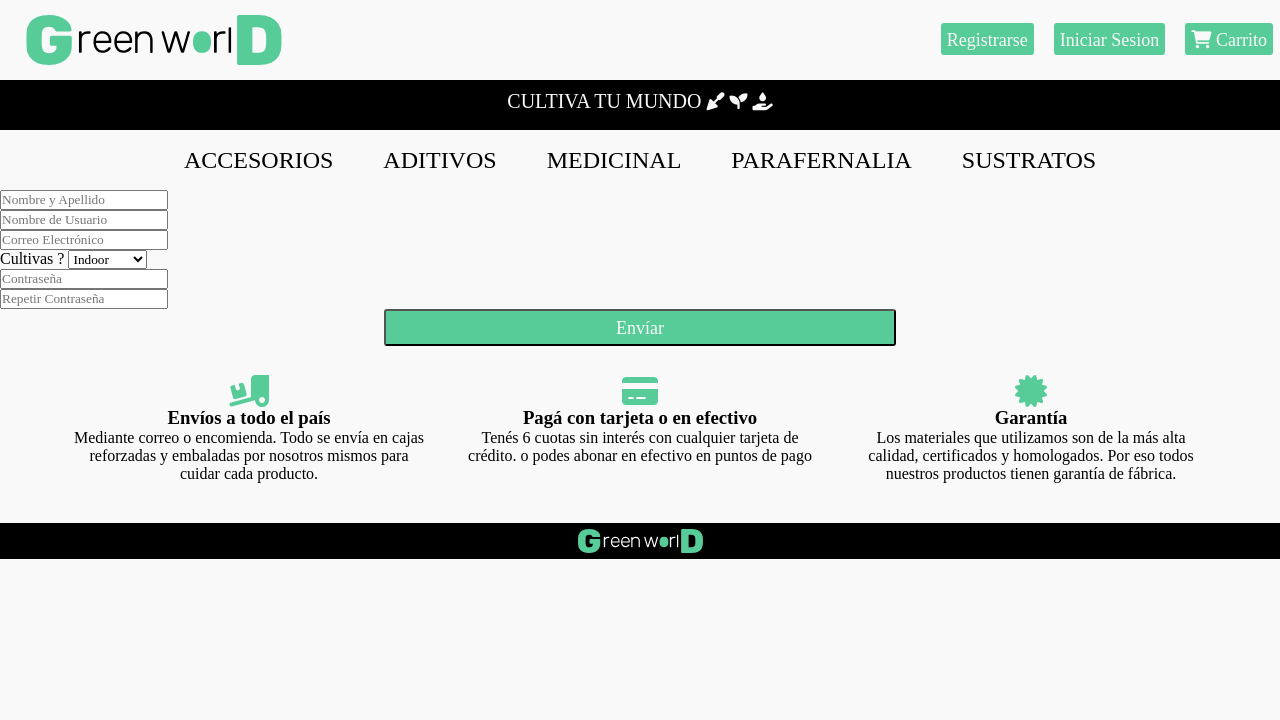
Repository: francoG98/grupo_9_Green_World
Page: source/views/register.html
These files come from the project's save history. The page is drawn as it stood at one moment and after the next save; the edit follows.
The browser window is 1280 px wide. The pictures show the whole page.
Some web fonts or font styles are not loaded; a fallback is used. Some web libraries are served in a nearby version.

Above is the page before, as saved 2022-06-24 20:07:24.

### source/views/register.html
<!DOCTYPE html>
<html lang="en">
<head>
    <meta charset="UTF-8">
    <meta http-equiv="X-UA-Compatible" content="IE=edge">
    <meta name="viewport" content="width=device-width, initial-scale=1.0">
    <title>Green World</title>

    <link rel="preconnect" href="https://fonts.googleapis.com">
<link rel="preconnect" href="https://fonts.gstatic.com" crossorigin>
<link href="https://fonts.googleapis.com/css2?family=Abel&family=Anek+Gujarati:wght@100;200;300;400;500;600;700;800&display=swap" rel="stylesheet">
<link rel="stylesheet" href="https://cdnjs.cloudflare.com/ajax/libs/font-awesome/6.1.1/css/all.min.css" integrity="sha512-KfkfwYDsLkIlwQp6LFnl8zNdLGxu9YAA1QvwINks4PhcElQSvqcyVLLD9aMhXd13uQjoXtEKNosOWaZqXgel0g==" crossorigin="anonymous" referrerpolicy="no-referrer" />
<link rel="stylesheet" href="/css/main-register.css">
<link rel="stylesheet" href="/css/header.css">
<link rel="stylesheet" href="/css/footer.css">

</head>
<body>
    <header>
        <div class="header-top-bar">
            <figure>
                <a href="/"><img src="/assets/logo-edu.svg" alt="Logo Green World" class="header-logo"></a>
            </figure>
            <div class="chart-burger">
                <a href="/chart" >
                    <i class="fa-solid fa-basket-shopping"></i>
                </a>
                <a href="" >
                    <i class="fas fa-bars"></i>
                </a>
            </div>
            <nav class="header-top-nav-bar">
                <ul>
                    <li><a href="/register">Registrarse</a> </li>
                    <li><a href="/login">Iniciar Sesion</a></li>
                    <li><a href="/chart"><i class="fa-solid fa-cart-shopping"></i>  Carrito</a></li>
                </ul>
            </nav>
        </div>
        <h2>CULTIVA TU MUNDO   <i id="pala" class="fa-solid fa-trowel"></i>    <i id="planta" class="fa-solid fa-seedling"></i>    <i id="agua" class="fa-solid fa-hand-holding-droplet"></i></h2>



        <nav class="header-bottom-nav-bar">
            <ul>
                <li ><a href="/accesorios">ACCESORIOS</a></li>
                <li ><a href="/aditivos">ADITIVOS</a></li>
                <li ><a href="/medicinal">MEDICINAL</a></li>
                <li ><a href="/parafernalia">PARAFERNALIA</a></li>
                <li ><a href="/sustratos">SUSTRATOS</a></li>
            </ul>
        </nav>
    </header>
    <main>
          <form method="post" action="">
            <p>
                <input type="text" name="nombre-apellido" placeholder="Nombre y Apellido" required>
            </p>
            <p>
                <input type="text" name="usuario" placeholder="Nombre de Usuario" required>
            </p>
            <p>
                <input type="mail" name="mail" placeholder="Correo Electrónico" required>
            </p>
            <p>
                <label for="cultivo"> Cultivas ?</label>
                    <select name="cultivo" id="cultivo" required>
                        <option value="Indoor">Indoor</option>
                        <option value="outdoor">Outdoor</option>
                        <option value="ambas">ambas</option>
                        <option value="ninguna">No cultivo</option>
                    </select>
            </p>
            <p>
                <input type="password" name="password" placeholder="Contraseña" required>
            </p>
            <p>
                <input type="password" name="repetir-password" placeholder="Repetir Contraseña" required>
            </p>
            <a href="./home.html"><button type="submit" name="registrar"> Envíar </button></a>
    </main>
    <footer>
        <div class="footer-top-bar">
            <section>
                <i class="fa-solid fa-truck-ramp-box"></i>
                <h3>Envíos a todo el país</h3>
                <p>Mediante correo o encomienda. Todo se envía en cajas reforzadas y embaladas por nosotros mismos para cuidar cada producto.</p>
            </section>
            <section>
                <i class="fa-solid fa-credit-card"></i>
                <h3>Pagá con tarjeta o en efectivo</h3>
                <p>Tenés 6 cuotas sin interés con cualquier tarjeta de crédito. o podes abonar en efectivo en
                    puntos de pago</p>
            </section>
            <section>
                <i class="fa-solid fa-certificate"></i>
                <h3>Garantía</h3>
                <p>Los materiales que utilizamos son de la más alta calidad, certificados y homologados. Por eso todos nuestros productos tienen garantía de fábrica.</p>
            </section>
        </div>
        <div class="footer-bottom-bar">
            <a href="/"><img src="/assets/logo-blanco-57cc99.svg" alt="Logo Green World" class="header-logo"></a>


        </div>
    </footer>

</body>
</html>

### public/css/main-register.css
*{
    margin: 0px;
    padding: 0px;
    box-sizing: border-box;
    font-family: "Anek Gujarati";
    }
a button{
    text-decoration: none;
        font-size: 18px;
        color:#f9f9f9;
        background-color:#57CC99;
        Width: 40%;
        padding:7px 6px 5px 6px;
        border-radius:3px;
        transition: opacity 200ms;
        justify-content: center;
        text-align: center;
        margin-left: 30%;
}
input{
    margin: auto;
    border: ;
}

### public/css/header.css
*{
    margin: 0px;
    padding: 0px;
    box-sizing: border-box;
    font-family: "Anek Gujarati";
    }
header{
    height:72px
}
.header-top-bar{
    display: flex;
    flex-wrap: wrap;
    /*
    background-color: #af95e2;*/
    background-color: #f9f9f9;
    align-items: center;
    justify-content: space-between;
    height: 40px;
    width:100vw;

}
.header-top-bar figure{
    width: 220px;
    height: 32px;;
    margin: 4px;

}
.header-logo{
    width: 100%;
    height:32px;


}
header h2{
    width: 100%;
    text-align: center;
    font-weight: normal;;
    background-color:black;
    color: #f9f9f9;;
    font-size: 18px;
    height:32px;;
    padding-top:6px


}

nav.header-top-nav-bar{
    width: 100%;
    order:3;
}

div.chart-burger{
    display: flex;
    justify-content: flex-end;
    align-items: center;
    gap: 5px;
    margin: 4px 10px;

}
div.chart-burger a{
    text-align:center;
    color:#f9f9f9;;
    /*
    background-color: #3e0b5e;*/
    background-color: #57CC99;
    box-sizing: border-box;
    height:32px;
    font-size: 18px;
    width: 32px;
    padding-top:4.4px;
    border-radius: 3px

}


nav.header-top-nav-bar ul{
    list-style: none;
    margin: 0 ;
    padding: 0;
    display: none;
    justify-content: space-between;
    flex-wrap: wrap;
}
nav.header-top-nav-bar ul li{
    width: 50%
}


.header-bottom-nav-bar ul{
    list-style: none;
    margin: 0 ;
    padding: 0;
    display: none

}

@media(min-width:768px){
    .header-top-nav-bar{
        display: none;
        order: 2;
        width: 100vw
    }

}
@media(min-width:1024px){
    body{background-color: #f9f9f9;

    }
    header{
        background-color: #f9f9f9;
        height: auto

    }
    .header-top-bar{
        display: flex;
        flex-wrap: wrap;
        background-color: #f9f9f9;
        align-items: center;
        justify-content: space-between;
        height: 80px;
        width:100vw;
        max-width: 1400px;
        margin:auto
    }
    .header-top-bar figure{
        width: 300px;
        height: 50px

    }
    .header-logo{
        height:100%;
    }

    nav.header-top-nav-bar{
        height:40px;
        align-items: center;
        display:flex;
        justify-content: flex-end;
        width:auto
    }

    div.chart-burger{
        display: none;
        order:5;
        width: 100%
    }
    nav.header-top-nav-bar ul{
        list-style: none;
        padding: 0;
        display: flex;
        justify-content: flex-end;
        align-items: center;
        flex-wrap: wrap;
        gap: 20px;
        text-decoration: none;
        margin:7px;
        order:3
    }
    nav.header-top-nav-bar ul li {
        width: auto;
    }
    nav.header-top-nav-bar ul li a{
        text-decoration: none;
        font-size: 18px;
        color:#f9f9f9;
        background-color:#57CC99;
        padding:7px 6px 5px 6px;
        border-radius:3px;
        transition: opacity 200ms
    }

    nav.header-top-nav-bar ul li a:hover{
        opacity: 0.7
    }
    header h2{
        width: 100%;
        height: 50px;
        padding-top: 10px;
        font-weight: normal;
        background-color:black;
        color: #f9f9f9;
        font-size: 20px;

    }
    #pala{
        transition: color 500ms, font-size 500ms
    }
    #pala:hover{
        color:#f65a5a;
        font-size: 40px
    }
    #planta{
        transition: color 500ms, font-size 500ms
    }
    #planta:hover{
        color:#80ed99;
        font-size: 40px
    }
    #agua{
        transition: color 500ms, font-size 500ms
    }
    #agua:hover{
        color:#90c0e0;
        font-size: 40px
    }


    .header-bottom-nav-bar ul{

        display: flex;
        justify-content: center;
        align-items: center;
        gap: 50px;
        height: 60px
    }
    .header-bottom-nav-bar ul a{
        text-decoration: none;
        font-size: 24px;
        color: black;

        transition: font-size 200ms
    }
    .header-bottom-nav-bar ul a:hover{
        font-size:30px;
        font-weight: 500;
        color: #57CC99
    }
}

### public/css/footer.css
footer{
    background-color:#f9f9f9

}
.footer-top-bar{
    display:flex;
    flex-wrap:wrap
}
.footer-top-bar section{
    width:100%;
    text-align: center;
    padding:10px
}

.footer-top-bar section i{
    color:#57CC99;
    font-size: 2em;
    line-height:10px;
    margin: auto;
    }
.footer-top-bar section h3{
font-weight:700
}
.footer-top-bar section p{
    font-family:"Abel"
}
.footer-bottom-bar{
    background-color:black;

}
.footer-bottom-bar a{
    display: flex;
    justify-content: center;
    align-content: center;
    padding:6px
}
.footer-bottom-bar a img{
    max-width:125px
}

@media(min-width:768px){
    .footer-top-bar{
        display:flex;
        justify-content: center;
        gap: 10px;
        padding: 30px 5px
    }
    .footer-top-bar section{
        width: 30%
    }


}

After the next save:
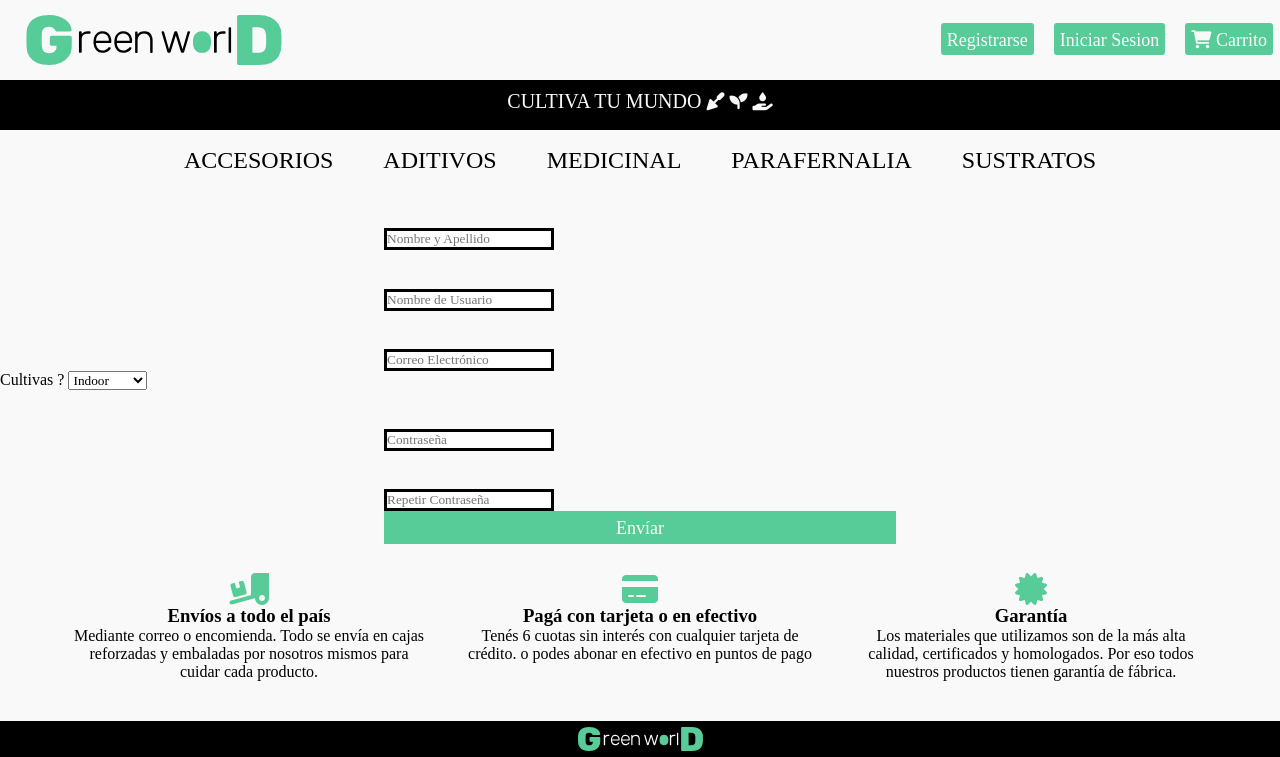
Saved 2 min 9 s later.
--- a/public/css/main-register.css
+++ b/public/css/main-register.css
@@ -11,13 +11,14 @@ a button{
         background-color:#57CC99;
         Width: 40%;
         padding:7px 6px 5px 6px;
-        border-radius:3px;
+        border: none;
         transition: opacity 200ms;
         justify-content: center;
         text-align: center;
         margin-left: 30%;
 }
 input{
-    margin: auto;
-    border: ;
+    margin-left: 30%;
+    margin-top: 3%;
+    border: 3px solid ;
 }
